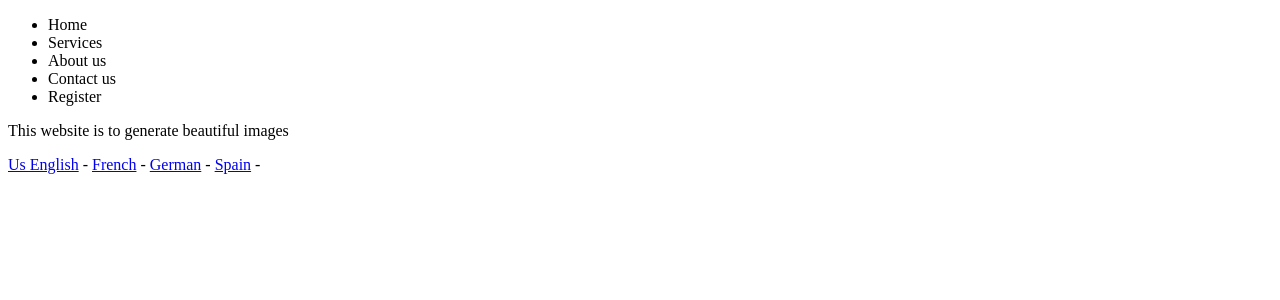
Repository: ZawMinKhantOrLeon/JavaEEWS
Page: http://localhost/jsp_servlet/multi-lang-app.jsp?locale=en_Us
An editor plug-in stored every save of this project. The page is shown before and after the next save, followed by the edit.
The browser window is 1280 px wide. The pictures show the whole page.
The page is served by Tomcat 10.

Above is the page before, as saved 2024-02-22 07:36:43.

After the next save:
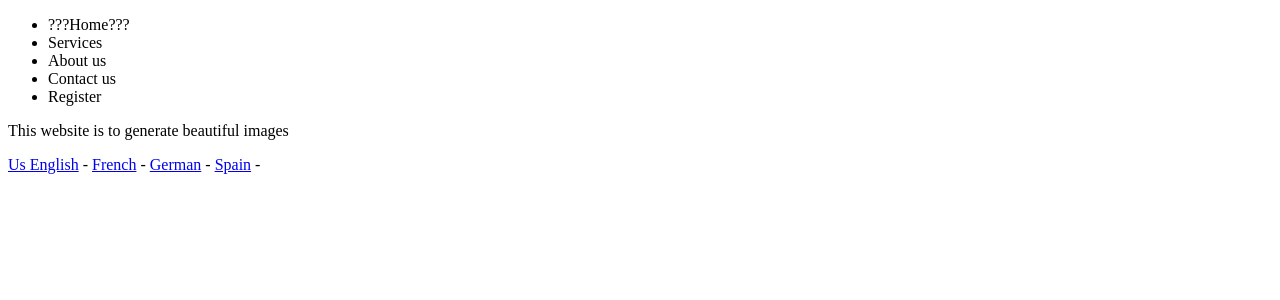
Saved 39 s later.
--- a/jsp_servlet/src/main/webapp/multi-lang-app.jsp
+++ b/jsp_servlet/src/main/webapp/multi-lang-app.jsp
@@ -15,7 +15,7 @@
 <body>
 
 	<ul>
-		<li><fmt:message key="home" /></li>
+		<li><fmt:message key="Home" /></li>
 		<li><fmt:message key="services" /></li>
 		<li><fmt:message key="aboutus" /></li>
 		<li><fmt:message key="contactus" /></li>

After the save that followed:
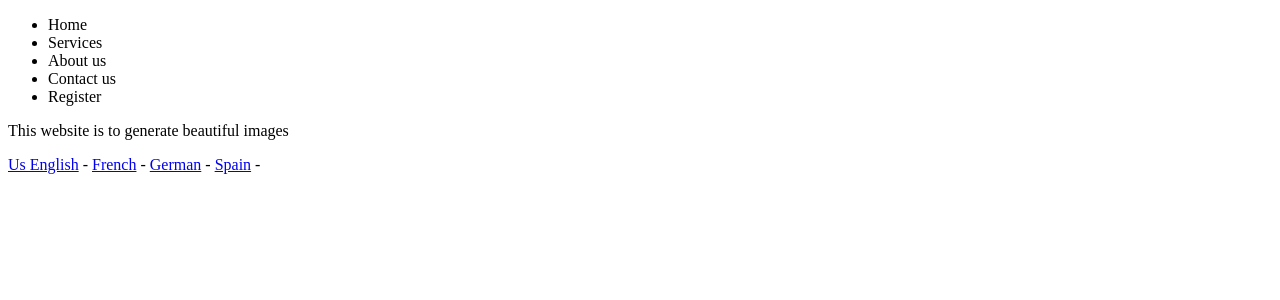
Saved 9 s later.
--- a/jsp_servlet/src/main/webapp/multi-lang-app.jsp
+++ b/jsp_servlet/src/main/webapp/multi-lang-app.jsp
@@ -15,7 +15,7 @@
 <body>
 
 	<ul>
-		<li><fmt:message key="Home" /></li>
+		<li><fmt:message key="home" /></li>
 		<li><fmt:message key="services" /></li>
 		<li><fmt:message key="aboutus" /></li>
 		<li><fmt:message key="contactus" /></li>
